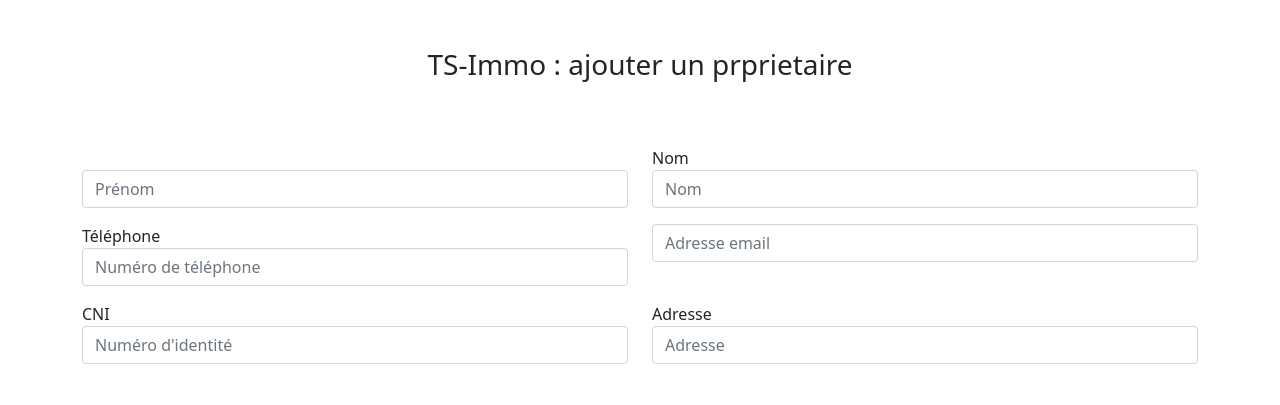
Repository: saliou-t/TS-IMMO
Page: http://localhost/src/views/proprietaire/new.html.php
These files come from the project's save history. The page is drawn as it stood at one moment and after the next save; the edit follows.
The browser window is 1280 px wide. The pictures show the whole page.
The page is run by PHP 8.4 with error messages shown; the project is at /var/www/html/.

Above is the page before, as saved 2022-04-03 01:10:33.

### src/views/proprietaire/new.html.php
<!DOCTYPE html>
<html lang="en">
<head>
    <meta charset="UTF-8">
    <meta http-equiv="X-UA-Compatible" content="IE=edge">
    <meta name="viewport" content="width=device-width, initial-scale=1.0">
    <link href="https://cdn.jsdelivr.net/npm/bootstrap@5.1.3/dist/css/bootstrap.min.css" rel="stylesheet" integrity="sha384-1BmE4kWBq78iYhFldvKuhfTAU6auU8tT94WrHftjDbrCEXSU1oBoqyl2QvZ6jIW3" crossorigin="anonymous">
    <title>Ajouter Proprietaire</title>

</head>
<body>

<div class="container jumbotron">
    <h3 class="text-center my-5">TS-Immo : ajouter un prprietaire</h3>
    <div class="row">
        <form action="">
            <div class="row my-3">
                <div class="col">
                    <label for="Prénom"></label>
                    <input class="form-control" name ="prenom" type="text" placeholder="Prénom">
                </div>
                <div class="col">
                    <label for="nom">Nom</label>
                    <input class="form-control" name="nom" type="text" placeholder="Nom">
                </div>
            </div>
            <div class="row my-3">
                <div class="col">
                    <label for="telephone">Téléphone</label>
                    <input class="form-control" name="telephone" type="text" placeholder="Numéro de téléphone">
                </div>
                <div class="col">
                    <input class="form-control" name="email" type="text" placeholder="Adresse email">
                </div>
            </div>
            <div class="row">
                <div class="col">
                    <label for="cni">CNI</label>
                    <input class="form-control" name="CNI" type="text" placeholder="Numéro d'identité">
                </div>
                <div class="col">
                    <label for="adresse">Adresse</label>
                    <input class="form-control" name="adresse" type="text" placeholder="Adresse">
                </div>
            </div>
        </form>
    </div>
</div>
</body>
</html>

After the next save:
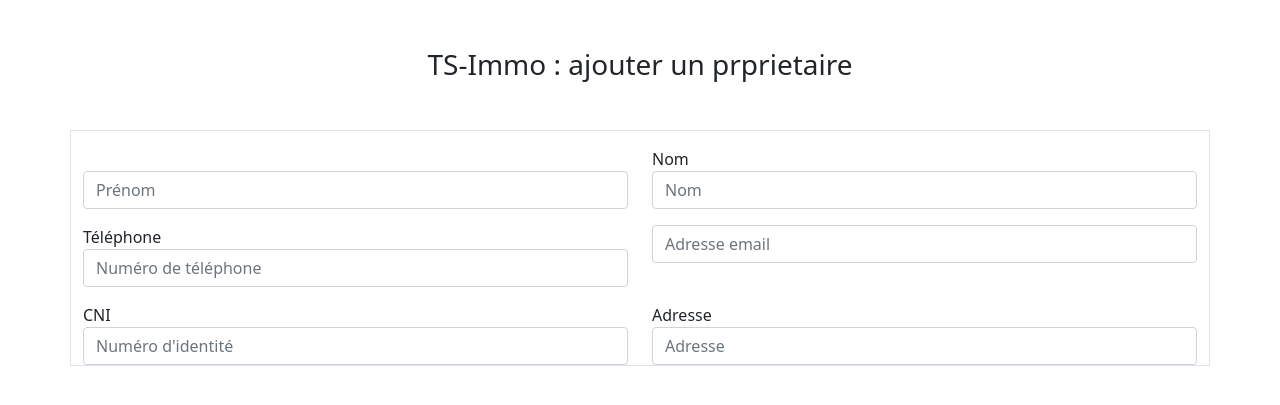
Saved 12 s later.
--- a/src/views/proprietaire/new.html.php
+++ b/src/views/proprietaire/new.html.php
@@ -12,7 +12,7 @@
 
 <div class="container jumbotron">
     <h3 class="text-center my-5">TS-Immo : ajouter un prprietaire</h3>
-    <div class="row">
+    <div class="row border">
         <form action="">
             <div class="row my-3">
                 <div class="col">
